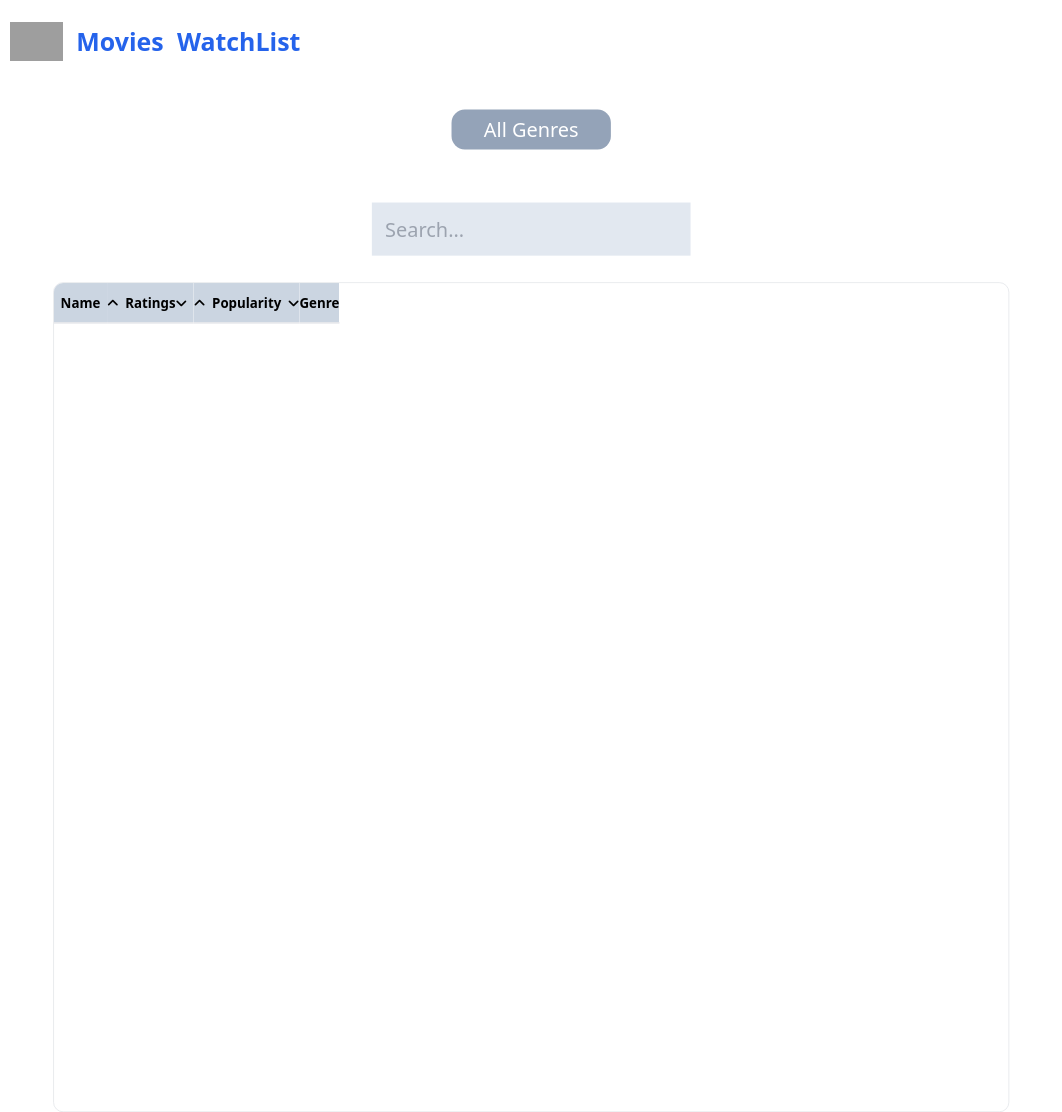
Repository: Aakash20bhatt/LearnReact
Page: /watchlist (app in moviesApp/)
These files come from the project's save history. The page is drawn as it stood at one moment and after the next save; the edit follows.
The browser window is 1280 px wide. The pictures show the whole page, at 83% of full size.
Pictures or frames that could not be fetched are drawn as grey boxes. Some web libraries are served in a nearby version. The project was rebuilt for these pictures with package versions that can differ from the ones it lists, and the page was loaded fresh each time. Also part of the build but not shown: moviesApp/vite.config.js, moviesApp/src/App.css, moviesApp/src/Components/Banner.jsx, moviesApp/src/Components/MovieCard.jsx, moviesApp/src/Components/Pagination.jsx, moviesApp/src/Components/Movies.jsx.

Above is the page before, as saved 2024-08-10 20:13:38.

After the next save:
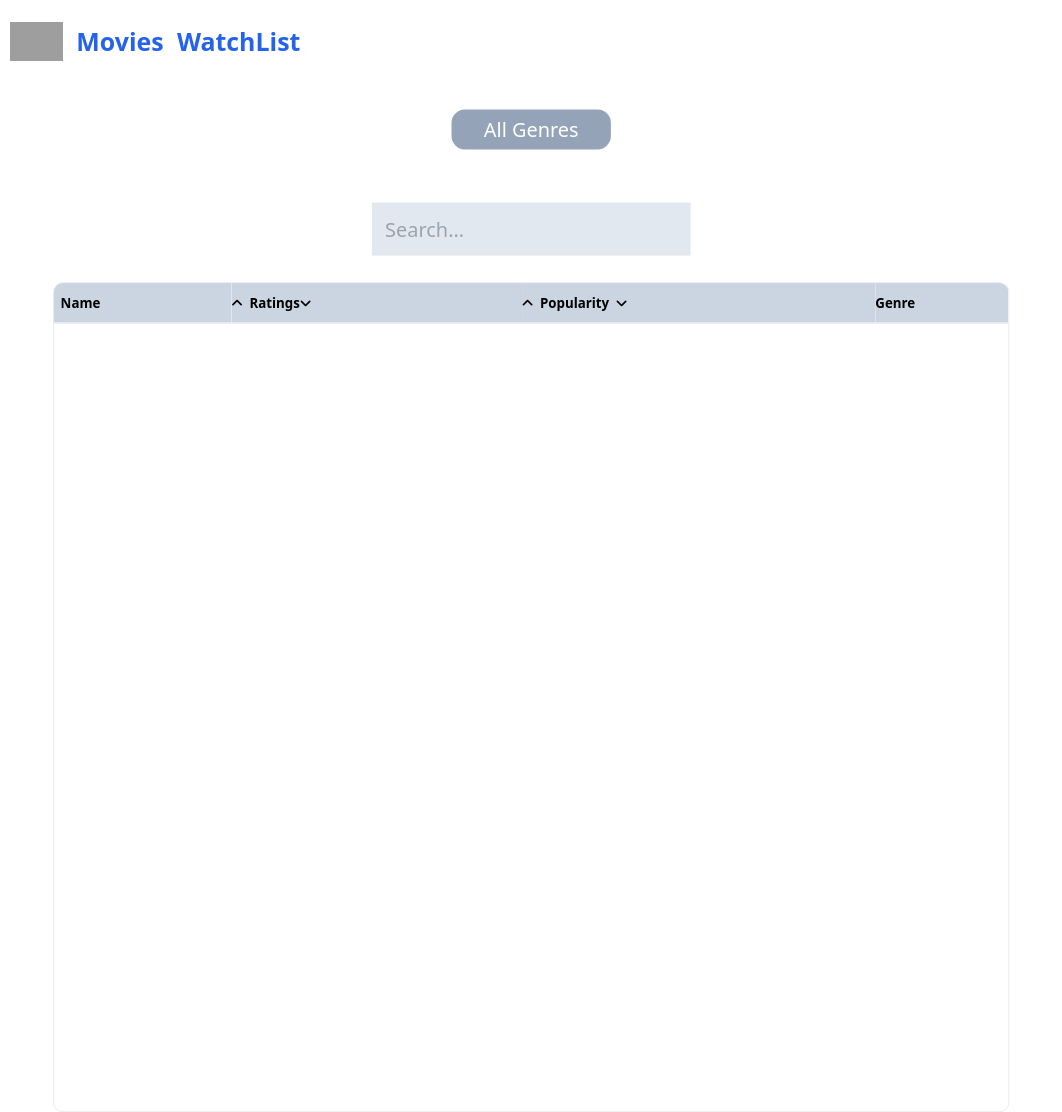
Saved 3 min 48 s later.
--- a/moviesApp/src/Components/Watchlist.jsx
+++ b/moviesApp/src/Components/Watchlist.jsx
@@ -79,8 +79,8 @@ export default function Watchlist({movies,removeFromWatchList,setWatchList}){
                 style={{ height: VISIBLE_COUNT * ITEM_HEIGHT, overflowY: 'auto', width: '90%' }}
                 className="rounded-xl border overflow-hidden">
 
-                <table style={{ position: 'relative', height: filteredMovies.length * ITEM_HEIGHT }}>
-                    <thead className="bg-slate-300 h-12 rounded-lg sticky top-0">
+                <table style={{ position: 'relative', height: filteredMovies.length * ITEM_HEIGHT, width:'100%'}}>
+                    <thead className="bg-slate-300 h-12 rounded-lg sticky top-0" style={ {width:'100%'}}>
                         <tr className="border-b-2 text-left">
                             <th className="p-2">Name</th>
                             <th>
@@ -97,11 +97,11 @@ export default function Watchlist({movies,removeFromWatchList,setWatchList}){
                             <th></th>
                         </tr>
                     </thead>
-                    <tbody>
+                    <tbody style={{ width:'100%'}}>
                         {visibleMovies.map((movie, index) => {
                             const top = index * ITEM_HEIGHT;
                             return (
-                                <tr key={movie.id} style={{ position: 'absolute', top }} className="border-2 hover:bg-slate-100">
+                                <tr key={movie.id} style={{ position: 'absolute', top ,width:'100%'}} className="border-2 hover:bg-slate-100">
                                     <td className="flex m-4 gap-8 items-center">
                                         <img className="h-32 w-36 rounded-lg"
                                             src={BASE_URL + movie.backdrop_path}
